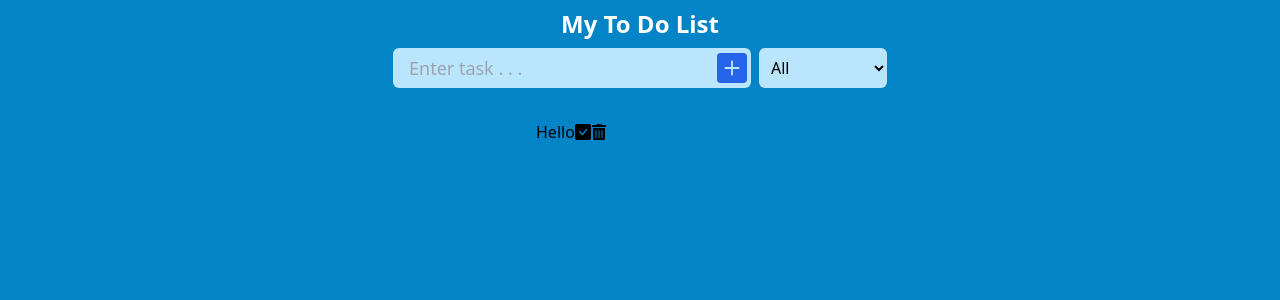
Repository: SaadYasin/react-to-do-list
Page: /
An editor plug-in stored every save of this project. The page is shown before and after the next save, followed by the edit.
The browser window is 1280 px wide. The pictures show the whole page.
The project was rebuilt for these pictures with package versions that can differ from the ones it lists, and the page was loaded fresh each time. Also part of the build but not shown: src/App.css.

Above is the page before, as saved 2022-11-10 22:51:03.

After the next save:
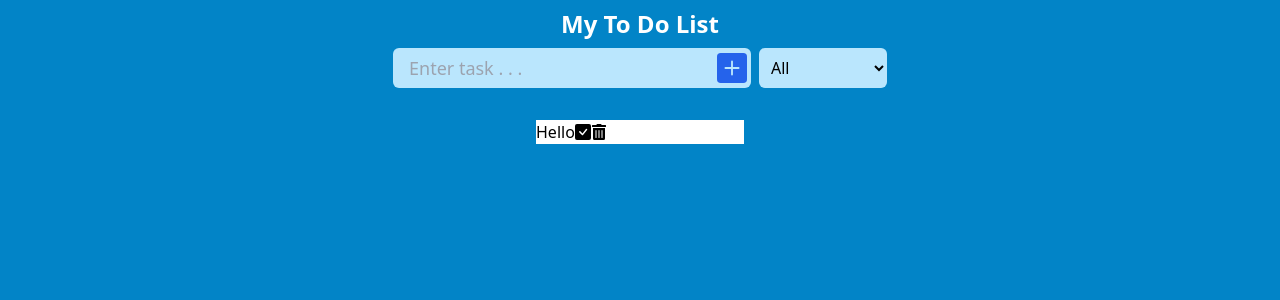
Saved 7 s later.
--- a/src/components/Todo.js
+++ b/src/components/Todo.js
@@ -3,7 +3,7 @@ import { BsCheckSquareFill } from "react-icons/bs";
 import { FaTrashAlt } from "react-icons/fa";
 const Todo = () => {
   return (
-    <div className="flex mt-8 w-52 bg-">
+    <div className="flex mt-8 w-52 bg-white">
       <li>Hello</li>
 
       <button>
